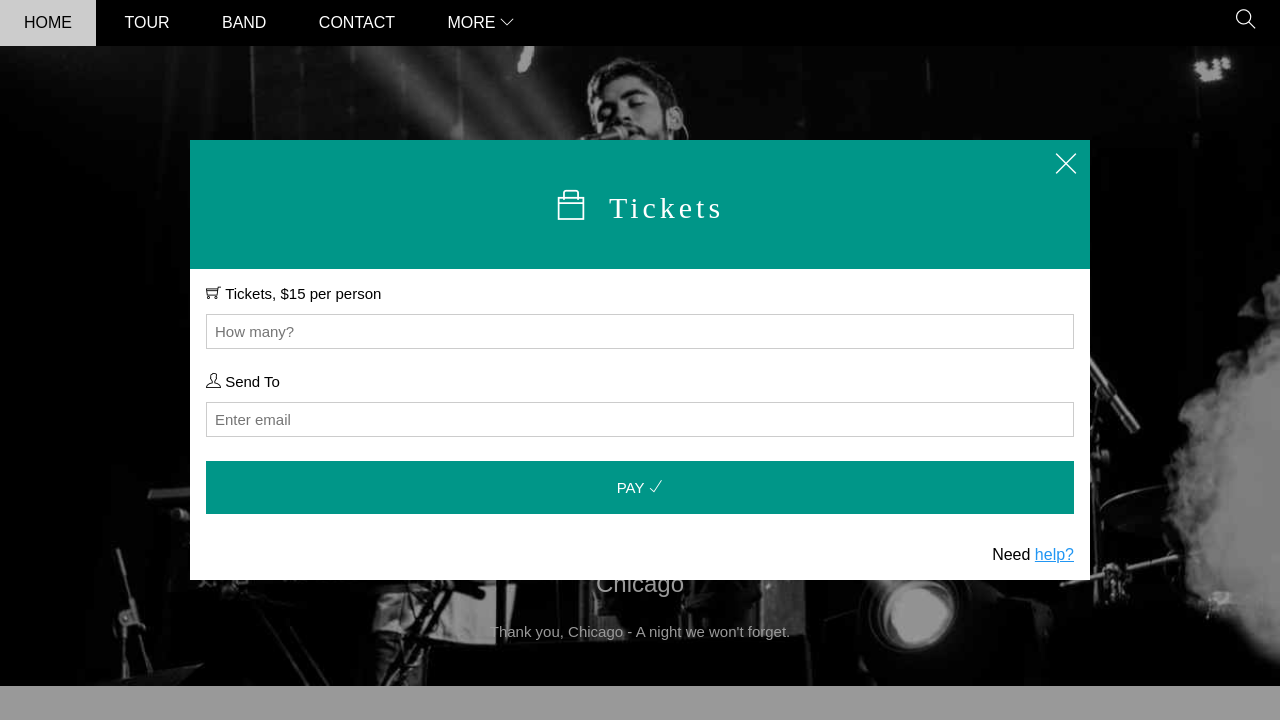
Repository: ducvui2003/LTCB
Page: index.html
An editor plug-in stored every save of this project. The page is shown before and after the next save, followed by the edit.
The browser window is 1280 px wide. The pictures show the window.
A layer covers the whole window, so only the first screen is drawn.

Above is the page before, as saved 2022-01-10 12:40:15.

After the next save:
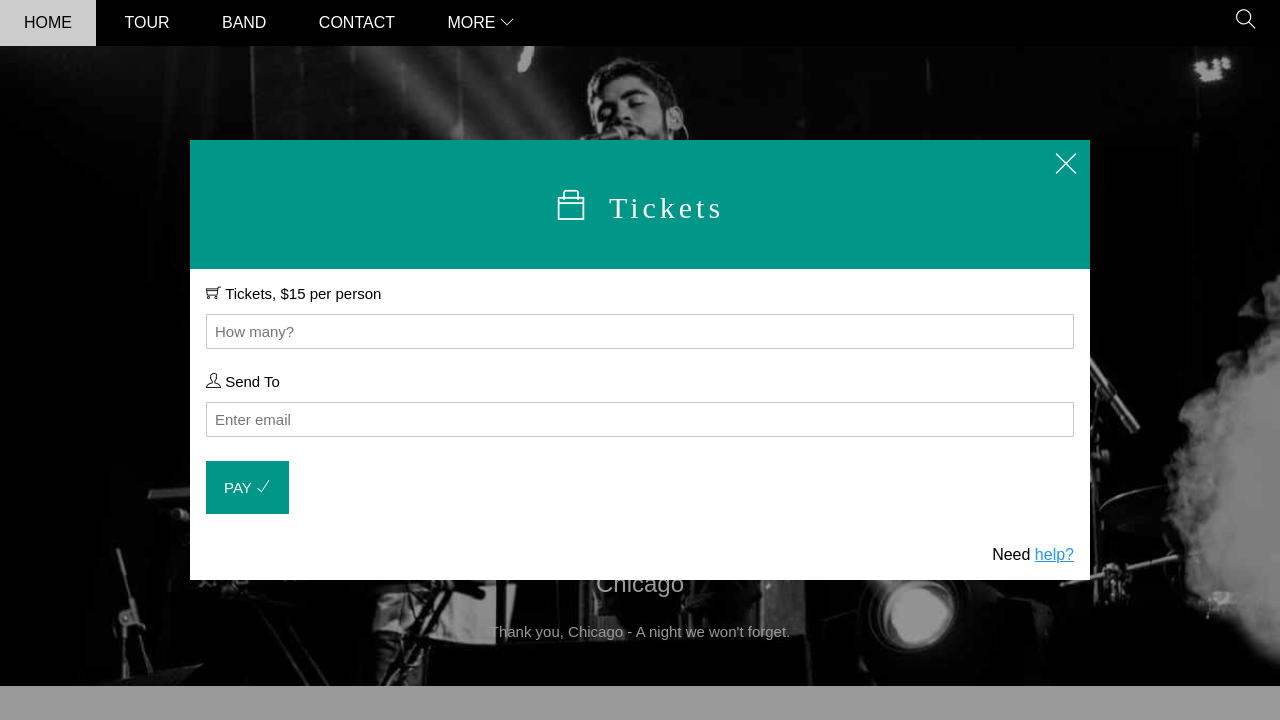
Saved 22 s later.
--- a/assest/Css/styles.css
+++ b/assest/Css/styles.css
@@ -358,7 +358,6 @@
 }
 
 .heading-modal {
-    /* width: 900px; */
     height: 129px;
     /* flex */
     display: flex;
@@ -390,7 +389,7 @@
 }
 
 .pay-ticket {
-    width: 868px;
+    /* width: 868px; */
     padding: 18px;
     background-color: #009688;
     color: white;

After the save that followed:
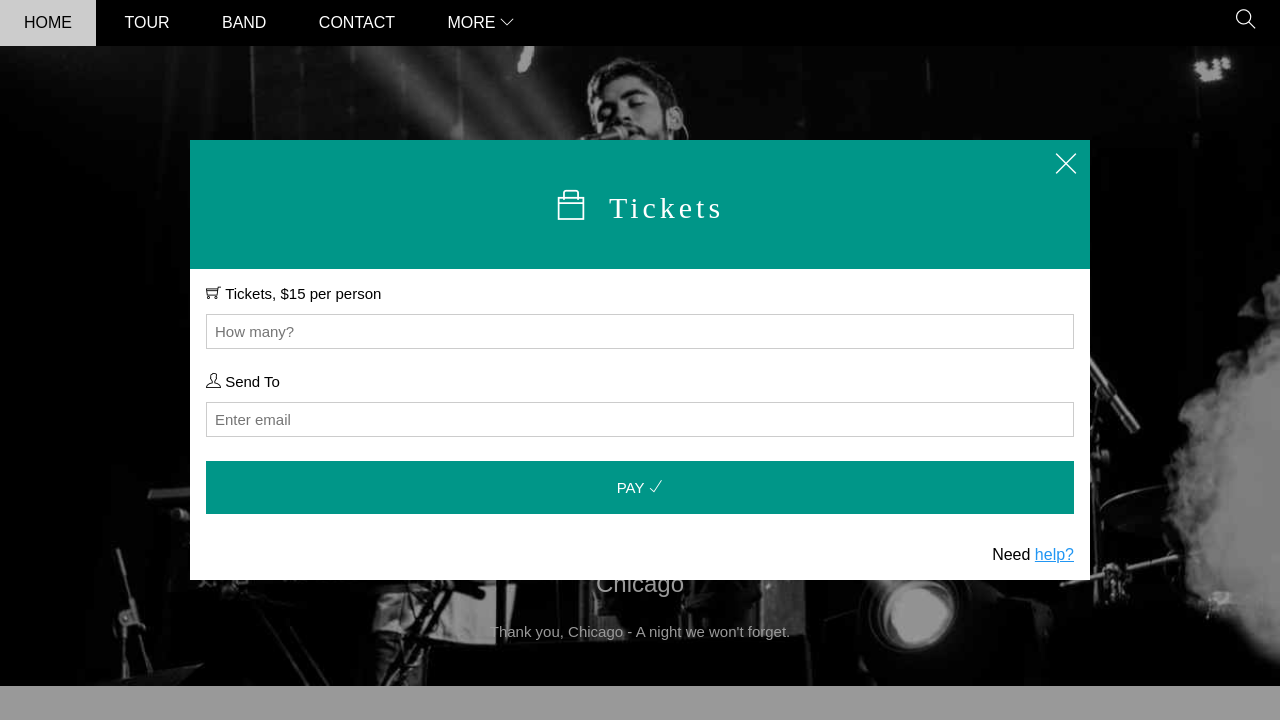
Saved 11 s later.
--- a/assest/Css/styles.css
+++ b/assest/Css/styles.css
@@ -389,7 +389,7 @@
 }
 
 .pay-ticket {
-    /* width: 868px; */
+    width: 100%;
     padding: 18px;
     background-color: #009688;
     color: white;
